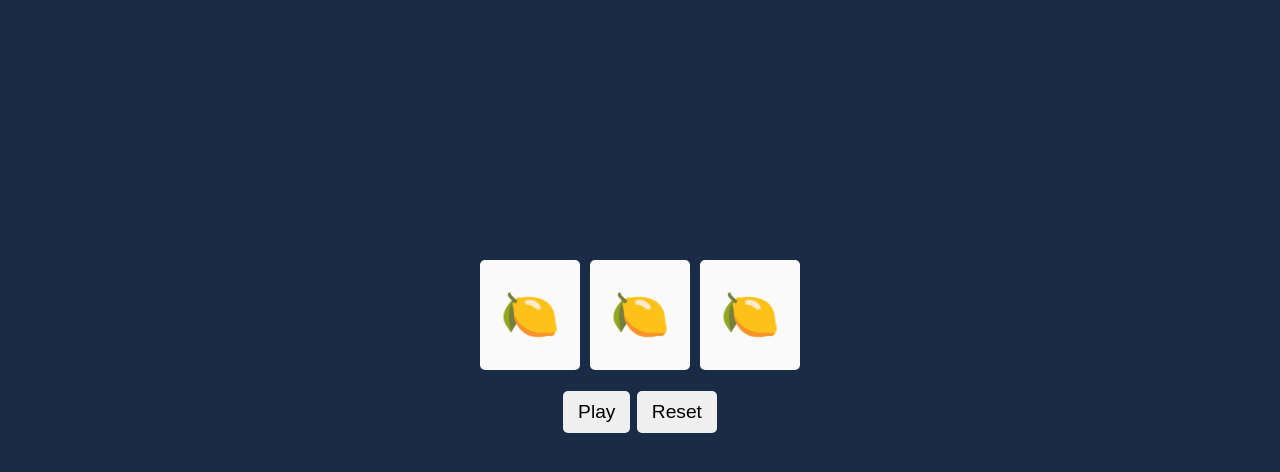
Repository: HERBOD7/slotmachine
Page: /
The author's editor kept a copy of each file at every save. The page is drawn from the files as they stood at one save, then again after the next save.
The browser window is 1280 px wide. The pictures show the whole page.
The project was rebuilt for these pictures with package versions that can differ from the ones it lists, and the page was loaded fresh each time. Also part of the build but not shown: vue.config.js.

Above is the page before, as saved 2023-07-21 17:26:57.

After the next save:
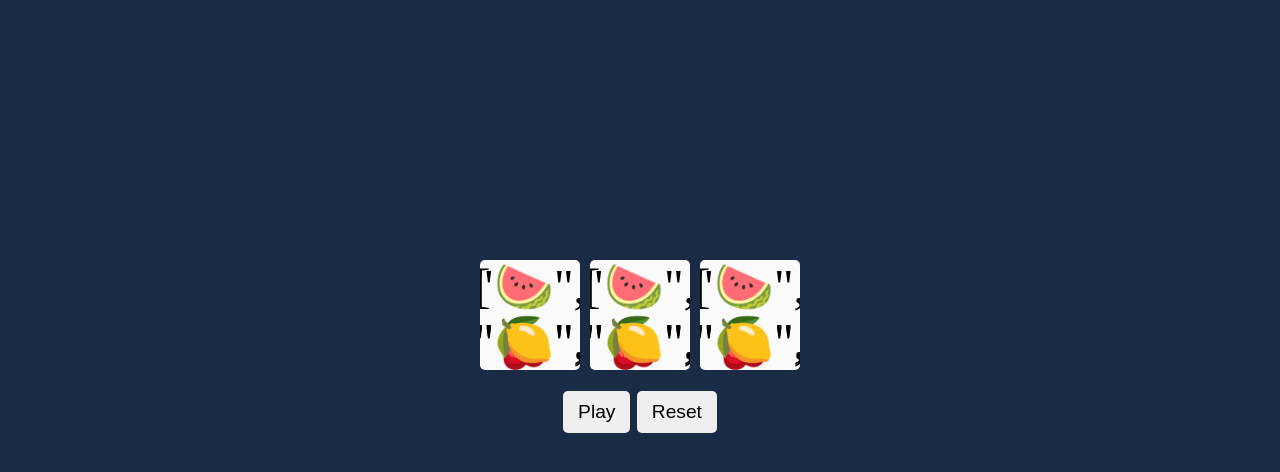
Saved 118 s later.
--- a/src/App.vue
+++ b/src/App.vue
@@ -33,7 +33,11 @@
   },
   data() {
     return {
-      symbols: ["🍋", "🍉", "🍒", "🍊"],
+      symbols: [
+        ["🍋", "🍉", "🍒", "🍊"],
+        ["🍋", "🍉", "🍒", "🍊"],
+        ["🍋", "🍉", "🍒", "🍊"],
+      ],
       transitionstart: false,
       transitionend: false,
     };

After the save that followed:
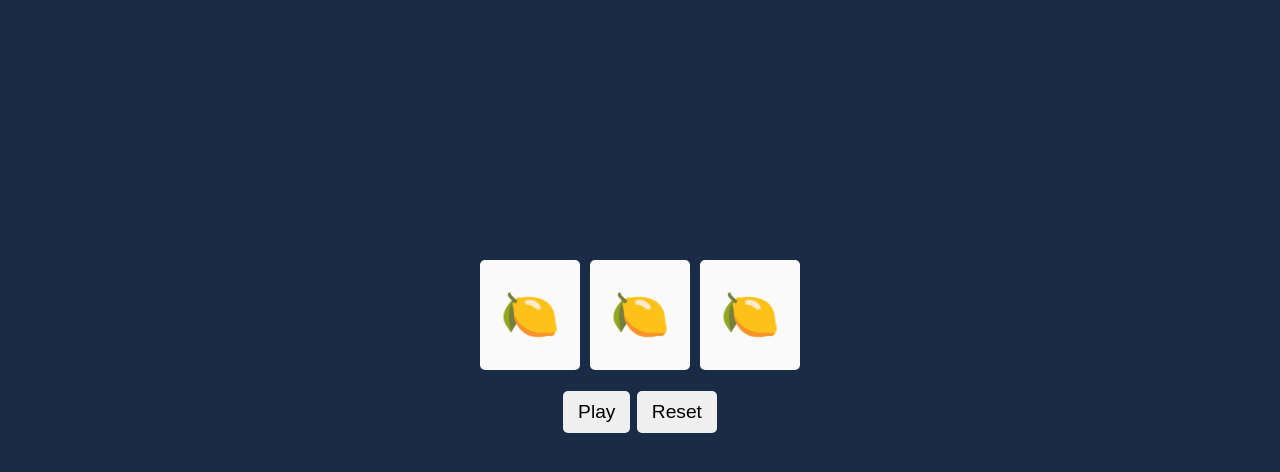
Saved 4 min 3 s later.
--- a/src/App.vue
+++ b/src/App.vue
@@ -3,10 +3,10 @@
     <div class="doors">
       <div class="door" v-for="i in 3" :key="i">
         <transition v-on:enter="enterTransition" v-on:leave="leaveTransition">
-          <div class="boxes">
+          <div class="boxes" v-for="(slot, index) in slots" :key="index">
             <div
               :class="['box', transitionend ? 'blur' : '']"
-              v-for="(symbol, index) in symbols"
+              v-for="(symbol, index) in slot"
               :key="index"
             >
               {{ symbol }}
@@ -33,7 +33,7 @@
   },
   data() {
     return {
-      symbols: [
+      slots: [
         ["🍋", "🍉", "🍒", "🍊"],
         ["🍋", "🍉", "🍒", "🍊"],
         ["🍋", "🍉", "🍒", "🍊"],
@@ -49,6 +49,7 @@
     init(groups = 1) {
       const doors = document.querySelectorAll(".door");
       for (const door of doors) {
+        let i = 0;
         console.log(door);
         // const boxes = door.querySelector(".boxes");
         // const boxesClone = boxes.cloneNode(false);
@@ -56,9 +57,9 @@
 
         const arr = [];
         for (let n = 0; n < (groups > 0 ? groups : 1); n++) {
-          arr.push(...this.symbols);
+          arr.push(...this.slots);
         }
-        pool.push(...this.shuffle(this.symbols));
+        pool.push(...this.shuffle(this.slots));
 
         // boxesClone.addEventListener(
         //   "transitionstart",
@@ -90,14 +91,15 @@
         //   box.textContent = pool[i];
         //   boxesClone.appendChild(box);
         // }
-        console.log(this.shuffle(this.symbols));
-        this.symbols = this.shuffle(this.symbols);
+        console.log(this.shuffle(this.slots[i]));
+        this.slots[i] = this.shuffle(this.slots[i]);
 
         // boxes.style.transitionDuration = `${duration > 0 ? duration : 1}s`;
         // boxes.style.transform = `translateY(-${
         //   door.clientHeight * (pool.length - 1)
         // }px)`;
         // door.replaceChild(boxesClone, boxes);
+        i++;
       }
     },
     enterTransition() {
